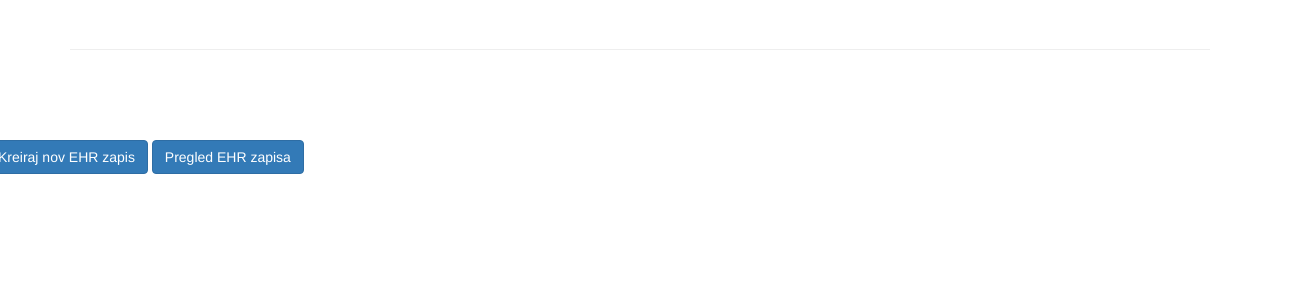
Repository: Denten7/oisdn4
Page: index.html
The author's editor kept a record of every edit. The page is drawn from the files as they stood at one moment, then again after the next edit.
The browser window is 1280 px wide. The page is 1295 px wide, so the pictures cover 1295 px, including what lies to the right of the window. The pictures show the whole page.
Some web libraries are served in a nearby version.

Above is the page before.

### index.html
<!DOCTYPE html>
<html>

  <head>
      <meta http-equiv="Content-Type" content="text/html; charset=UTF-8"/>
	    <title>EhrScape - Vnos in poizvedovanje po EHR podatkih</title>
	    <script src="http://ajax.googleapis.com/ajax/libs/jquery/2.1.0/jquery.min.js"></script>
	    <link href="http://maxcdn.bootstrapcdn.com/bootstrap/3.3.1/css/bootstrap.min.css" rel="stylesheet">
	    <script src="http://maxcdn.bootstrapcdn.com/bootstrap/3.3.1/js/bootstrap.min.js"></script>
      <script src="demo.js"></script>
    <body>

      <div class="container">
        <div class="page-header">

        </div>



        </div>
        <div class="row">
          <center><h1 style= "color:white">Dobrodošli na EhrScape platformi!</h1></center>
           <div class="buttons">
            <a href="index1.html" class="btn btn-primary">Kreiraj nov EHR zapis</a>
            <a href="index2.html" class="btn btn-primary">Pregled EHR zapisa</a>
           </div>
        </div>





      </div>






    </body>

  </body>
</html>

### demo.js

var baseUrl = 'https://rest.ehrscape.com/rest/v1';
var queryUrl = baseUrl + '/query';

var username = "ois.seminar";
var password = "ois4fri";

var ime1;

function zacetnaF() {
    ime = $("#imePacienta").text();
    if(ime.length == 0 || !ime){
        $("#basicModal").modal('show');
    }
    else {
        $("#basicModal").modal('hide');
    }
}

function modelS() {
    $("#basicModal").modal('show');
}

function getSessionId() {
    var response = $.ajax({
        type: "POST",
        url: baseUrl + "/session?username=" + encodeURIComponent(username) +
        "&password=" + encodeURIComponent(password),
        async: false
    });
    return response.responseJSON.sessionId;
}

function dodajUporabnika() {
    sessionId = getSessionId();

    var ime = $("#ime").val();
    var priimek = $("#priimek").val();
    var datum = $("#datum").val();

    $.ajaxSetup({
        headers: {
            "Ehr-Session": sessionId
        }
    });
    $.ajax({
        url: baseUrl + "/ehr",
        type: 'POST',
        success: function (data) {
            var ehrId = data.ehrId;
            var partyData = {
                firstNames: ime,
                lastNames: priimek,
                dateOfBirth: datum,
                partyAdditionalInfo: [
                    {
                        key: "ehrId", value: ehrId
                    }
                ]
            };
            $.ajax({
                url: baseUrl + "/demographics/party",
                type: 'POST',
                contentType: 'application/json',
                data: JSON.stringify(partyData),
                success: function (party) {
                    if (party.action == 'CREATE') {
                        $("#dodaj").hide();
                        $("#uspesno").text("Uspesno dodan. EHR ID: "+ ehrId);

                        $("#cas").show();
                        setTimeout(function() {
                            $("#cas").fadeOut(1500)
                        }, 7000);
                    }
                },
                error: function(err) {
                }
            });
        }
    });
}

function EHRprofile() {
    sessionId = getSessionId();

    var ehrId = $("#SearchEHR").val();

    if (!ehrId || ehrId.trim().length == 0) {

    } else {
        var leto;
        var mesec;
        var dan;

        $.ajax({
            url: baseUrl + "/demographics/ehr/" + ehrId + "/party",
            type: 'GET',
            headers: {"Ehr-Session": sessionId},
            success: function (data) {
                var party = data.party;
                $("#imePacienta").text(party.firstNames +" "+party.lastNames);
                $("#EHRid").text(ehrId);
                var datumR = party.dateOfBirth;
                leto=datumR.substring(0, 4);
                mesec=datumR.substring(5, 7);
                dan=datumR.substring(8, 10);
                var tempDan = parseInt(dan);
                var tempMesec = parseInt(mesec);
                var templeto = parseInt(leto);
                var danes = new Date();

                var dan1 = parseInt(danes.getDate());
                var mesec1 = parseInt(danes.getMonth())+1;
                var leto1 = parseInt(danes.getFullYear());

                var temp = leto1 - templeto;

                if(mesec1 > tempMesec){
                    $("#starost").text(temp);
                }
                else if(mesec1 == tempMesec && (tempDan < dan1 || tempDan == dan1)){
                    $("#starost").text(temp);
                }
                else{
                    temp = temp-1
                    $("#starost").text(temp);
                }


                $("#datumRojstva").text(dan+"."+mesec+"."+leto);
            },
            error: function(err) {
                $("#preberiSporocilo").html("<span class='obvestilo label label-danger fade-in'>Napaka '" + JSON.parse(err.responseText).userMessage + "'!");
                console.log(JSON.parse(err.responseText).userMessage);
            }
        });
        $("#teza1").text("");
        $("#visina1").text("");
        $.ajaxSetup({
            headers: {
                "Ehr-Session": sessionId
            }
        });
        $.ajax({
            url: baseUrl + "/view/" + ehrId + "/weight",
            type: 'GET',
            success: function (res) {
                $("#teza1").text(res[0].weight)
            }

        });
        $.ajax({
            url: baseUrl + "/view/" + ehrId + "/height",
            type: 'GET',
            success: function (res) {
                $("#visina1").text(res[0].height);
            }
        });

        $("#tabela").hide();
        $("#tabela1").hide();
        $("#tabela2").hide();
        $("#tabela3").hide();
        $("#tabela4").hide();

    }
}

function dodajVZ() {
    sessionId = getSessionId();

    var ehrId = $("#EHRid").text();
    var datumInU = $("#datumInUra").val();
    var telesnaVis = $("#visina").val();
    var telesnaTez = $("#teza").val();
    var telesnaTemp = $("#temp").val();
    var krvniS = $("#Skrvni").val();
    var krvniD = $("#Dkrvni").val();
    var nasKisik = $("#Nas02").val();
    var merilec = $("#merilec").val();

    $.ajaxSetup({
        headers: {"Ehr-Session": sessionId}
    });
    var podatki = {
        // Preview Structure: https://rest.ehrscape.com/rest/v1/template/Vital%20Signs/example
        "ctx/language": "en",
        "ctx/territory": "SI",
        "ctx/time": datumInU,
        "vital_signs/height_length/any_event/body_height_length": telesnaVis,
        "vital_signs/body_weight/any_event/body_weight": telesnaTez,
        "vital_signs/body_temperature/any_event/temperature|magnitude": telesnaTemp,
        "vital_signs/body_temperature/any_event/temperature|unit": "°C",
        "vital_signs/blood_pressure/any_event/systolic": krvniS,
        "vital_signs/blood_pressure/any_event/diastolic": krvniD,
        "vital_signs/indirect_oximetry:0/spo2|numerator": nasKisik
    };

    var parametriZahteve = {
        "ehrId": ehrId,
        templateId: 'Vital Signs',
        format: 'FLAT',
        committer: merilec
    };

    $.ajax({
        url: baseUrl + "/composition?" + $.param(parametriZahteve),
        type: 'POST',
        contentType: 'application/json',
        data: JSON.stringify(podatki),
        success: function (res) {
            $("#meritve").hide();
            $("#dodajMeritev").show();
            $("#uspesno").show();
            setTimeout(function() {
                $("#uspesno").fadeOut(1500)
            }, 5000);

            EHRprofile();
        },
        error: function(err) {
            $("#dodajMeritveVitalnihZnakovSporocilo").html("<span class='obvestilo label label-danger fade-in'>Napaka '" + JSON.parse(err.responseText).userMessage + "'!");
            console.log(JSON.parse(err.responseText).userMessage);
        }
    });

}

function poenostavi() {
    EHRprofile();
}


function zgodovinaMerjenjTemp() {
    sessionId = getSessionId();
    var ehrId = $("#EHRid").text();
    var tip = $("#preberiEHR1").val();
    if(tip.length == 0){
        $.ajax({
            url: baseUrl + "/view/" + ehrId + "/" + "body_temperature",
            type: 'GET',
            headers: {"Ehr-Session": sessionId},
            success: function (res) {
                if (res.length > 0) {
                    var konrezultat = "<table class='table table-bordered' id='tabela'><tr style='background-color: aquamarine'><th class='text-center'>Datum in ura</th><th class='text-center'>Telesna temperatura</th></tr>";
                    for (var i in res) {
                        konrezultat += "<tr><td class='text-center'>" + res[i].time + "</td><td class='text-center'>" + res[i].temperature + " " 	+ res[i].unit + "</td>";
                    }
                    konrezultat += "</table>";
                    $("#rezultat").html(konrezultat);
                } else {
                    $("#nd1").show();
                    setTimeout(function() {
                        $("#nd1").fadeOut(1500)
                    }, 5000);
                }
            },
            error: function() {
                console.log(JSON.parse(err.responseText).userMessage);
            }
        });
    }
    else if(tip == "Podhladitev"){
        var AQL =
            "select " +
            "t/data[at0002]/events[at0003]/time/value as time, " +
            "t/data[at0002]/events[at0003]/data[at0001]/items[at0004]/value/magnitude as temperatura_telesa, " +
            "t/data[at0002]/events[at0003]/data[at0001]/items[at0004]/value/units as enota " +
            "from EHR e[e/ehr_id/value='" + ehrId + "'] " +
            "contains OBSERVATION t[openEHR-EHR-OBSERVATION.body_temperature.v1] " +
            "where t/data[at0002]/events[at0003]/data[at0001]/items[at0004]/value/magnitude<36 " +
            "order by t/data[at0002]/events[at0003]/time/value desc " +
            "limit 10";

        $.ajax({
            url: baseUrl + "/query?" + $.param({"aql": AQL}),
            type: 'GET',
            headers: {"Ehr-Session": sessionId},
            success: function (res) {
                var konrezultat = "<table class='table table-bordered' id='tabela'><tr style='background-color: aquamarine'><th class='text-center'>Datum in ura</th><th class='text-center'>Telesna temperatura</th></tr>";
                if (res) {
                    var rez = res.resultSet;
                    for (var i in rez) {
                        konrezultat += "<tr><td class='text-center'>" + rez[i].time + "</td><td class='text-center'>" + rez[i].temperatura_telesa + " " 	+ rez[i].enota + "</td>";
                    }
                    konrezultat += "</table>";
                    $("#rezultat").html(konrezultat);
                } else {
                    $("#nd1").show();
                    setTimeout(function() {
                        $("#nd1").fadeOut(1500)
                    }, 5000);
                }
            },
            error: function() {
                console.log(JSON.parse(err.responseText).userMessage);
            }
        });
    }

    else if(tip == "Vročina"){
        var AQL =
            "select " +
            "t/data[at0002]/events[at0003]/time/value as time, " +
            "t/data[at0002]/events[at0003]/data[at0001]/items[at0004]/value/magnitude as temperatura_telesa, " +
            "t/data[at0002]/events[at0003]/data[at0001]/items[at0004]/value/units as enota " +
            "from EHR e[e/ehr_id/value='" + ehrId + "'] " +
            "contains OBSERVATION t[openEHR-EHR-OBSERVATION.body_temperature.v1] " +
            "where t/data[at0002]/events[at0003]/data[at0001]/items[at0004]/value/magnitude>37.2 " +
            "order by t/data[at0002]/events[at0003]/time/value desc " +
            "limit 5";

        $.ajax({
            url: baseUrl + "/query?" + $.param({"aql": AQL}),
            type: 'GET',
            headers: {"Ehr-Session": sessionId},
            success: function (res) {
                var konrezultat = "<table class='table table-bordered' id='tabela'><tr style='background-color: aquamarine'><th class='text-center'>Datum in ura</th><th class='text-center'>Telesna temperatura</th></tr>";
                if (res) {
                    var rez = res.resultSet;
                    for (var i in rez) {
                        konrezultat += "<tr><td class='text-center'>" + rez[i].time + "</td><td class='text-center'>" + rez[i].temperatura_telesa + " " 	+ rez[i].enota + "</td>";
                    }
                    konrezultat += "</table>";
                    $("#rezultat").html(konrezultat);
                } else {
                    $("#nd1").show();
                    setTimeout(function() {
                        $("#nd1").fadeOut(1500)
                    }, 5000);
                }
            },
            error: function() {
                console.log(JSON.parse(err.responseText).userMessage);
            }
        });
    }



}

function zgodovinaMerjenjTeza() {
    sessionId = getSessionId();
    var ehrId = $("#EHRid").text();

    $.ajax({
        url: baseUrl + "/view/" + ehrId + "/" + "weight",
        type: 'GET',
        headers: {"Ehr-Session": sessionId},
        success: function (res) {
            if (res.length > 0) {
                var konrezultat = "<table class='table table-bordered' id='tabela1'><tr style='background-color: aquamarine'><th class='text-center'>Datum in ura</th><th class='text-center'>Telesna teža</th></tr>";
                for (var i in res) {
                    konrezultat += "<tr><td class='text-center'>" + res[i].time + "</td><td class='text-center'>" + res[i].weight + " " 	+ res[i].unit + "</td>";
                }
                konrezultat += "</table>";
                $("#rezultat1").html(konrezultat);
            } else {
                $("#nd1").show();
                setTimeout(function() {
                    $("#nd1").fadeOut(1500)
                }, 5000);
            }
        },
        error: function() {
            console.log(JSON.parse(err.responseText).userMessage);
        }
    });

}

function zgodovinaMerjenjTlak() {
    sessionId = getSessionId();
    var ehrId = $("#EHRid").text();

    $.ajax({
        url: baseUrl + "/view/" + ehrId + "/" + "blood_pressure",
        type: 'GET',
        headers: {"Ehr-Session": sessionId},
        success: function (res) {
            if (res.length > 0) {
                var konrezultat = "<table class='table table-bordered' id='tabela2'><tr style='background-color: aquamarine'><th class='text-center'>Datum in ura</th><th class='text-center'>Krvni tlak</th></tr>";
                for (var i in res) {
                    konrezultat += "<tr><td class='text-center'>" + res[i].time + "</td><td class='text-center'>" + res[i].systolic + "/" + res[i].diastolic + " " + res[i].unit + "</td>";
                }
                konrezultat += "</table>";
                $("#rezultat2").html(konrezultat);
            } else {
                $("#nd1").show();
                setTimeout(function() {
                    $("#nd1").fadeOut(1500)
                }, 5000);
            }
        },
        error: function() {
            console.log(JSON.parse(err.responseText).userMessage);
        }
    });
}

function zgodovinaMerjenjVisina() {
    sessionId = getSessionId();
    var ehrId = $("#EHRid").text();

    $.ajax({
        url: baseUrl + "/view/" + ehrId + "/" + "height",
        type: 'GET',
        headers: {"Ehr-Session": sessionId},
        success: function (res) {
            if (res.length > 0) {
                var konrezultat = "<table class='table table-bordered' id='tabela3'><tr style='background-color: aquamarine'><th class='text-center'>Datum in ura</th><th class='text-center'>Telesna visina</th></tr>";
                for (var i in res) {
                    konrezultat += "<tr><td class='text-center'>" + res[i].time + "</td><td class='text-center'>" + res[i].height + " " 	+ res[i].unit + "</td>";
                }
                konrezultat += "</table>";
                $("#rezultat3").html(konrezultat);
            } else {
                $("#nd1").show();
                setTimeout(function() {
                    $("#nd1").fadeOut(1500)
                }, 5000);
            }
        },
        error: function() {
            console.log(JSON.parse(err.responseText).userMessage);
        }
    });

}

function zgodovinaMerjenjNasicenost() {
    sessionId = getSessionId();
    var ehrId = $("#EHRid").text();

    $.ajax({
        url: baseUrl + "/view/" + ehrId + "/" + "height",
        type: 'GET',
        headers: {"Ehr-Session": sessionId},
        success: function (res) {
            if (res.length > 0) {
                var konrezultat = "<table class='table table-bordered' id='tabela4'><tr style='background-color: aquamarine'><th class='text-center'>Datum in ura</th><th class='text-center'>Telesna visina</th></tr>";
                for (var i in res) {
                    konrezultat += "<tr><td class='text-center'>" + res[i].time + "</td><td class='text-center'>" + res[i].spO2 + " " 	+ res[i].unit + "</td>";
                }
                konrezultat += "</table>";
                $("#rezultat4").html(konrezultat);
            } else {
                $("#nd1").show();
                setTimeout(function() {
                    $("#nd1").fadeOut(1500)
                }, 5000);
            }
        },
        error: function() {
            console.log(JSON.parse(err.responseText).userMessage);
        }
    });

}


function prevezi() {
    window.location.href="uprProfil.html"
}



$(document).ready(function(){
    $("#zacni").click(function() {
        $("#ime").text("");
        $("#priimek").text("");
        $("#datum").text("");
        $("#bolezen").text("");
        $("#dodaj").toggle();
    });

    $("#dodajMeritev").click(function() {
        $("#meritve").toggle();
    });

    $("#dodajMer").click(function() {

    });

    $('#preberiEHR').change(function() {
        $("#SearchEHR").val($(this).val());
    });

    $('#preberiEHR1').change(function() {
        var podatki = $(this).val().split(",");
        $("#ime").val(podatki[0]);
        $("#priimek").val(podatki[1]);
        $("#datum").val(podatki[2]);
    });

});

After the next edit:
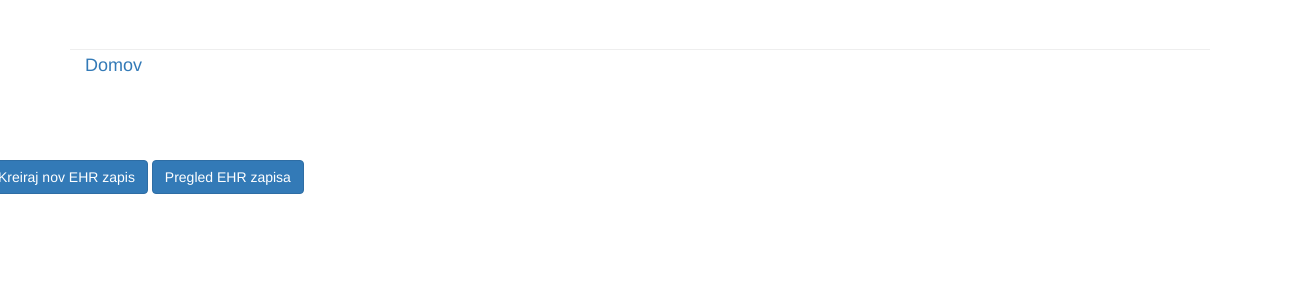
The edit:
--- a/index.html
+++ b/index.html
@@ -12,7 +12,7 @@
 
       <div class="container">
         <div class="page-header">
-
+          <a class="navbar-brand" href="index.html">Domov</a>
         </div>
 
 
